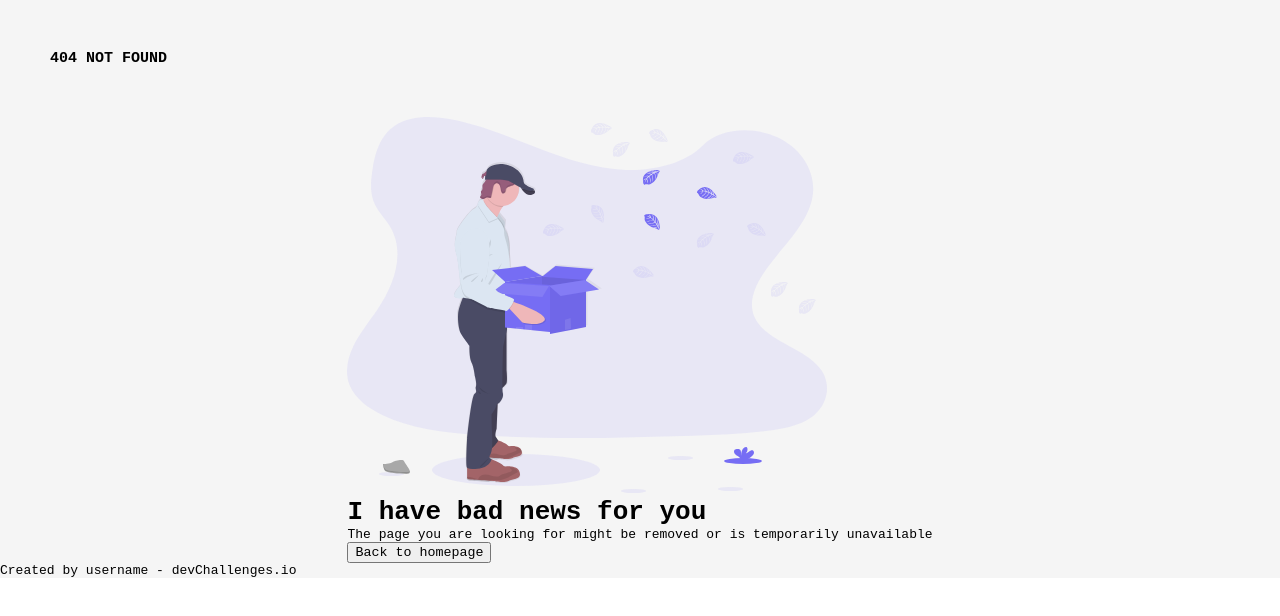
Repository: georgisenze/404-not-found-challeng
Page: index.html
These files come from the project's save history. The page is drawn as it stood at one moment and after a run of saves; the edit follows.
The browser window is 1280 px wide. The pictures show the whole page.

Above is the page before, as saved 2023-02-21 06:33:42.

### index.html
<!DOCTYPE html>
<html lang="en">
<head>
    <meta charset="UTF-8">
    <meta http-equiv="X-UA-Compatible" content="IE=edge">
    <meta name="viewport" content="width=device-width, initial-scale=1.0">
    <title>404 page not found</title>
    <link rel="stylesheet" href="assets/css/style.css">
    <link
      href="https://fonts.googleapis.com/css2?family=Poppins:wght@400;500&display=swap"
      rel="stylesheet"
    />
</head>
<body>
    <div class="main">
        <header>
            <p>404 not found</p>
        </header>

        <div class="container">
            <div class="row">
                <div class="col-6">
                    <img src="assets/img/404-illustration.svg" alt="">
                </div>
                <div class="col-6">
                    <div class="col-2">
                        <h1>I have bad news for  you</h1>
                    </div>
                    <div class="col-2">
                        <p>The page you are looking for might be removed or is temporarily unavailable</p>
                    </div>
                    <div class="col-2">
                        <button>Back to homepage</button>
                    </div>
                </div>
            </div>
        </div>


        <footer>
            <p>Created by <span>username</span> - devChallenges.io </p>
        </footer>
    </div>
</body>
</html>

### assets/css/style.css
*{
    margin: 0;
    font-family: monospace;
}

.main {
    min-width: 100%;
    height: 100%;
    background-color: whitesmoke;
}

header p {
    text-transform: uppercase;
    font-weight: bold;
    font-size: 15px;
    padding: 50px;
}

.container{
    display: flex;
    justify-content: center;
}

.

After the next 12 saves:
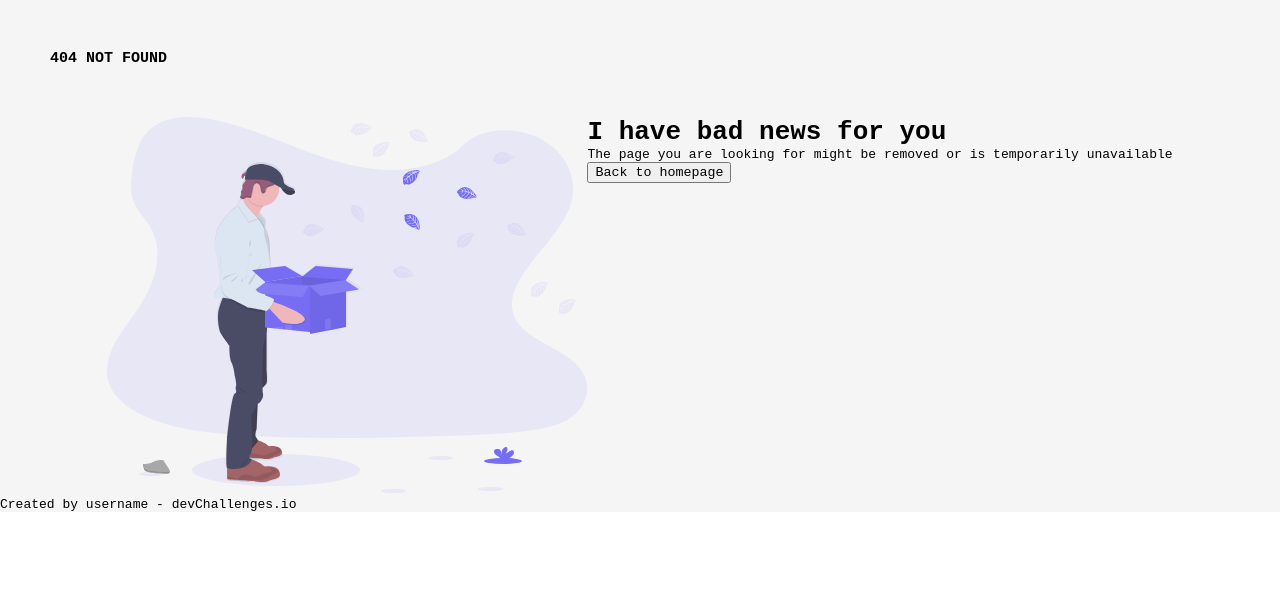
The 12 saves are shown as one change because they came seconds apart.
The last was saved 30 s later.
--- a/assets/css/style.css
+++ b/assets/css/style.css
@@ -21,4 +21,7 @@ header p {
     justify-content: center;
 }
 
-.
+.row{
+    display: flex;
+    justify-content: space-around;
+}
